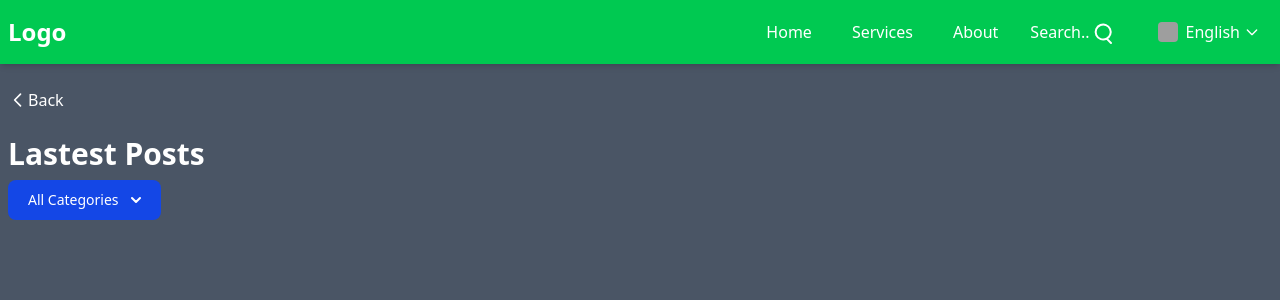
Repository: saroeuntola/we-share
Page: http://localhost/last-post
These files come from the project's save history. The page is drawn as it stood at one moment and after the next save; the edit follows.
The browser window is 1280 px wide. The pictures show the whole page.
Pictures or frames that could not be fetched are drawn as grey boxes. The page is run by PHP 8.4 with error messages shown; the project is at /var/www/html/. Style sheets and scripts are compiled from the project's sources, by tool versions that may differ from the author's. Queries for data that is not in the repository find no rows.

Above is the page before, as saved 2025-08-28 19:49:45.

### last-post.php
<?php
include './admin/lib/db.php';
include './admin/lib/post_lib.php';
include './admin/lib/category_lib.php';
include './admin/lib/subcategory_lib.php';

$postModel = new Post();
$categoryModel = new Category();
$subcategoryModel = new Subcategory();

// --- FILTERS ---
$categorySlug = $_GET['category'] ?? null;
$subcategorySlug = $_GET['subcategory'] ?? null;

$categoryId = null;
$subcategoryId = null;
$subcategories = [];

// Get category
if ($categorySlug) {
    $cat = $categoryModel->getCategory($categorySlug);
    $categoryId = $cat['id'] ?? null;

    if ($categoryId) {
        $subcategories = $subcategoryModel->getSubcategoriesByCategory($categoryId);
    }
}

// Get subcategory
if ($subcategorySlug && $categoryId) {
    $sub = $subcategoryModel->getSubcategory($subcategorySlug);
    $subcategoryId = $sub['id'] ?? null;
}

// --- GET POSTS ---
$allPosts = array_filter($postModel->getPosts(), function ($p) use ($categoryId, $subcategoryId) {
    if ($categoryId && $p['category_id'] != $categoryId) return false;
    if ($subcategoryId && $p['subcategory_id'] != $subcategoryId) return false;
    return true;
});

// Sort descending
usort($allPosts, fn($a, $b) => strtotime($b['created_at']) - strtotime($a['created_at']));
?>
<!DOCTYPE html>
<html lang="en">

<head>
    <meta charset="UTF-8">
    <meta name="viewport" content="width=device-width, initial-scale=1.0">
    <title>Lastest Posts</title>
    <link rel="stylesheet" href="./assets/css/output.css">
    <link rel="stylesheet" href="./assets/css/custom.css">
</head>

<body class="bg-gray-600">
    <header class="fixed z-10 w-full" id="header">
        <?php
        include 'head-bar.php'
        ?>
    </header>
    <main class="max-w-7xl m-auto p-2 mt-[80px]">
        <div class="">
            <a href="index?lang=<?= $lang ?>"
                class="inline-flex justify-end items-center text-white hover:text-green-400 transition mb-6">
                <!-- Arrow Icon -->
                <svg class="w-5 h-5" fill="none" stroke="currentColor" stroke-width="2"
                    viewBox="0 0 24 24" xmlns="http://www.w3.org/2000/svg">
                    <path stroke-linecap="round" stroke-linejoin="round" d="M15 19l-7-7 7-7" />
                </svg>
                <?= $lang === 'en' ? 'Back ' : 'ត្រឡប់ទៅទំព័រដើម' ?>
            </a>
            <h1 class="lg:text-3xl text-2xl font-bold text-white">Lastest Posts</h1>

            <!-- CATEGORY FILTER -->
            <div class="relative inline-block mb-4 mt-2">
                <button id="dropdownButton" type="button"
                    class="text-white bg-blue-700 hover:bg-green-600 focus:outline-none focus:ring-blue-300 font-medium rounded-lg text-sm px-5 py-2.5 text-center inline-flex items-center"
                    onclick="toggleDropdown('categoryDropdown')">
                    <?= $categorySlug
                        ? htmlspecialchars($categoryModel->getCategory($categorySlug)['name'])
                        : 'All Categories' ?>
                    <svg class="w-2.5 h-2.5 ms-3" aria-hidden="true" xmlns="http://www.w3.org/2000/svg" fill="none" viewBox="0 0 10 6">
                        <path stroke="currentColor" stroke-linecap="round" stroke-linejoin="round" stroke-width="2" d="m1 1 4 4 4-4" />
                    </svg>
                </button>

                <!-- Dropdown menu -->
                <div id="categoryDropdown" class="absolute z-10 hidden bg-white divide-y divide-gray-100 rounded-lg shadow w-44 mt-2">
                    <ul class="py-2 text-sm text-gray-700">
                        <li>
                            <a href="<?= $_SERVER['PHP_SELF'] ?>" class="block px-4 py-2 hover:bg-gray-100">
                                All Categories
                            </a>
                        </li>
                        <?php foreach ($categoryModel->getCategories() as $catOption): ?>
                            <li>
                                <a href="?category=<?= htmlspecialchars($catOption['slug']) ?>"
                                    class="block px-4 py-2 hover:bg-gray-100">
                                    <?= htmlspecialchars($catOption['name']) ?>
                                </a>
                            </li>
                        <?php endforeach; ?>
                    </ul>
                </div>
            </div>
        </div>
    </main>
    <!-- SUBCATEGORY FILTER -->
    <?php if (!empty($subcategories)): ?>
        <div class="mb-4 flex flex-wrap gap-2 max-w-7xl m-auto px-2">
            <a href="?category=<?= htmlspecialchars($categorySlug) ?>"
                class="px-3 py-1 rounded <?= !$subcategorySlug ? 'bg-green-700 text-white' : 'bg-gray-300 text-gray-800' ?>">
                All Subcategories
            </a>
            <?php foreach ($subcategories as $sub): ?>
                <a href="?category=<?= htmlspecialchars($categorySlug) ?>&subcategory=<?= htmlspecialchars($sub['slug']) ?>"
                    class="px-3 py-1 rounded <?= ($subcategorySlug === $sub['slug']) ? 'bg-green-700 text-white' : 'bg-gray-300 text-gray-800' ?>">
                    <?= htmlspecialchars($sub['name']) ?>
                </a>
            <?php endforeach; ?>
        </div>
    <?php endif; ?>

    <!-- POSTS GRID -->
    <div class="grid grid-cols-2 md:grid-cols-3 lg:grid-cols-4 gap-2 max-w-7xl m-auto px-2">
        <?php foreach ($allPosts as $p):
            $cat = $categoryModel->getCategory($p['category_id']);
            $sub = $p['subcategory_id'] ? $subcategoryModel->getSubcategory($p['subcategory_id']) : null;
        ?>
            <div class="bg-gray-800 rounded-lg shadow-md overflow-hidden">
                <a href="detail.php?slug=<?= htmlspecialchars($p['slug']) ?>&lang=<?= $lang ?>" class=" cursor-pointer">
                    <?php if (!empty($p['image'])): ?>
                        <img src=" ./admin/posts/uploads/<?= htmlspecialchars($p['image']) ?>"
                            alt="<?= htmlspecialchars($p['name']) ?>" class="w-full h-[120px] md:h-[130px] lg:h-[180px] rounded-none">
                    <?php endif; ?>
                    <div class="p-2 text-white">
                        <h2 class="font-semibold lg:text-lg text-[14px]"><?= htmlspecialchars($p['name']) ?></h2>
                        <p class="text-gray-300 text-sm">
                            <?= htmlspecialchars($cat['name'] ?? '') ?>
                            <?= $sub ? ' / ' . htmlspecialchars($sub['name']) : '' ?>
                        </p>
                    </div>
                </a>

            </div>
        <?php endforeach; ?>
    </div>


    <script>
        function toggleDropdown(id) {
            const dropdown = document.getElementById(id);
            dropdown.classList.toggle('hidden');
        }

        // Optional: close dropdown when clicking outside
        window.addEventListener('click', function(e) {
            const dropdown = document.getElementById('categoryDropdown');
            const button = document.getElementById('dropdownButton');
            if (!dropdown.contains(e.target) && !button.contains(e.target)) {
                dropdown.classList.add('hidden');
            }
        });
    </script>
</body>

</html>

### admin/lib/db.php

<?php

function dbConn()
{
   $servername = "localhost";
    $username = "root";
    $password = "";
    $db = "weshare";

    try {
        $conn = new PDO("mysql:host=$servername;dbname=$db", $username, $password);
        $conn->setAttribute(PDO::ATTR_ERRMODE, PDO::ERRMODE_EXCEPTION);
        return $conn;
    } catch (PDOException $e) {
        die("Connection failed: " . $e->getMessage());
    }
}

function dbClose(&$conn)
{
    $conn = null;
}

function dbSelect($table, $column = "*", $criteria = "", $clause = "")
{
    if (empty($table)) return false;

    $sql = "SELECT $column FROM $table";
    if (!empty($criteria)) $sql .= " WHERE $criteria";
    if (!empty($clause)) $sql .= " $clause";

    $conn = dbConn();
    try {
        $stmt = $conn->query($sql);
        $result = $stmt->fetchAll(PDO::FETCH_ASSOC);
        dbClose($conn);
        return $result;
    } catch (PDOException $e) {
        echo "Error in selecting data: " . $e->getMessage();
        return false;
    }
}

function dbInsert($table, $data = array())
{
    if (empty($table) || empty($data)) return false;

    $conn = dbConn();
    $fields = implode(", ", array_keys($data));
    $placeholders = ":" . implode(", :", array_keys($data));
    $sql = "INSERT INTO $table ($fields) VALUES ($placeholders)";

    try {
        $stmt = $conn->prepare($sql);
        $stmt->execute($data);
        dbClose($conn);
        return true;
    } catch (PDOException $e) {
        echo "Error inserting data: " . $e->getMessage();
        return false;
    }
}

function dbUpdate($table, $data = array(), $criteria = "")
{
    if (empty($table) || empty($data) || empty($criteria)) return false;

    $conn = dbConn();
    $setClause = "";
    foreach ($data as $key => $val) {
        $setClause .= "$key = :$key, ";
    }
    $setClause = rtrim($setClause, ", ");
    $sql = "UPDATE $table SET $setClause WHERE $criteria";

    try {
        $stmt = $conn->prepare($sql);
        $stmt->execute($data);
        dbClose($conn);
        return true;
    } catch (PDOException $e) {
        echo "Error updating data: " . $e->getMessage();
        return false;
    }
}

function dbDelete($table, $criteria)
{
    if (empty($table) || empty($criteria)) return false;

    $sql = "DELETE FROM $table WHERE $criteria";
    $conn = dbConn();

    try {
        $stmt = $conn->prepare($sql);
        $stmt->execute();
        dbClose($conn);
        return true;
    } catch (PDOException $e) {
        echo "Error deleting data: " . $e->getMessage();
        return false;
    }
}

function dbCount($table = "", $criteria = "")
{
    if (empty($table)) return false;

    $sql = "SELECT COUNT(*) as count FROM $table";
    if (!empty($criteria)) $sql .= " WHERE $criteria";

    $conn = dbConn();
    try {
        $stmt = $conn->query($sql);
        $result = $stmt->fetch(PDO::FETCH_ASSOC);
        dbClose($conn);
        return $result['count'];
    } catch (PDOException $e) {
        echo "Error counting data: " . $e->getMessage();
        return false;
    }
}

?>

### admin/lib/category_lib.php
<?php
class Category
{
    private $db;
    private $lang;

    public function __construct($lang = 'en')
    {
        $this->db = dbConn();
        $this->lang = in_array($lang, ['en', 'kh']) ? $lang : 'en';
    }

    private function generateSlug($string)
    {
        $slug = strtolower(trim($string));
        $slug = preg_replace('/[^a-z0-9\- ]/', '', $slug);
        $slug = preg_replace('/\s+/', '-', $slug);
        $slug = preg_replace('/-+/', '-', $slug);

        $baseSlug = $slug;
        $i = 1;
        while ($this->slugExists($slug)) {
            $slug = $baseSlug . '-' . $i;
            $i++;
        }
        return $slug;
    }

    private function slugExists($slug)
    {
        $stmt = $this->db->prepare("SELECT COUNT(*) FROM categories WHERE slug = :slug");
        $stmt->execute(['slug' => $slug]);
        return $stmt->fetchColumn() > 0;
    }

    public function createCategory($name_en, $name_kh = null)
    {
        $slug = $this->generateSlug($name_en);
        $stmt = $this->db->prepare("INSERT INTO categories (name, name_kh, slug) VALUES (:name, :name_kh, :slug)");
        return $stmt->execute([
            'name' => $name_en,
            'name_kh' => $name_kh,
            'slug' => $slug
        ]);
    }

    // GET all categories
    public function getCategories()
    {
        $sql = "SELECT *,
                CASE WHEN :lang = 'kh' THEN name_kh ELSE name END AS name
                FROM categories
                ORDER BY name ASC";
        $stmt = $this->db->prepare($sql);
        $stmt->bindValue(':lang', $this->lang, PDO::PARAM_STR);
        $stmt->execute();
        return $stmt->fetchAll(PDO::FETCH_ASSOC);
    }

    // GET category by ID or slug
    public function getCategory($identifier)
    {
        if (is_numeric($identifier)) {
            $sql = "SELECT *,
                    CASE WHEN :lang = 'kh' THEN name_kh ELSE name END AS name
                    FROM categories
                    WHERE id = :id
                    LIMIT 1";
            $stmt = $this->db->prepare($sql);
            $stmt->bindValue(':id', $identifier, PDO::PARAM_INT);
        } else {
            $sql = "SELECT *,
                    CASE WHEN :lang = 'kh' THEN name_kh ELSE name END AS name
                    FROM categories
                    WHERE slug = :slug
                    LIMIT 1";
            $stmt = $this->db->prepare($sql);
            $stmt->bindValue(':slug', $identifier, PDO::PARAM_STR);
        }
        $stmt->bindValue(':lang', $this->lang, PDO::PARAM_STR);
        $stmt->execute();
        return $stmt->fetch(PDO::FETCH_ASSOC);
    }

    public function updateCategory($id, $newName_en, $newName_kh = null)
    {
        $slug = $this->generateSlug($newName_en);
        $stmt = $this->db->prepare("
            UPDATE categories SET
                name = :name_en,
                name_kh = :name_kh,
                slug = :slug

            WHERE id = :id
        ");
        return $stmt->execute([
            'name_en' => $newName_en,
            'name_kh' => $newName_kh,
            'slug' => $slug,
            'id' => $id
        ]);
    }

    public function deleteCategory($id)
    {
        $stmt = $this->db->prepare("DELETE FROM categories WHERE id = :id");
        return $stmt->execute(['id' => $id]);
    }

    public function deleteCatBySlug($slug)
    {
        $stmt = $this->db->prepare("DELETE FROM categories WHERE slug = :slug");
        return $stmt->execute(['slug' => $slug]);
    }
}

### admin/lib/subcategory_lib.php
<?php
class Subcategory
{
    private $db;
    private $lang;

    public function __construct($lang = 'en')
    {
        $this->db = dbConn();
        $this->lang = in_array($lang, ['en', 'kh']) ? $lang : 'en';
    }

    // GET all subcategories
    public function getAllSubcategory($lang = 'en')
    {
        $lang = in_array($lang, ['en', 'kh']) ? $lang : 'en';

        $sql = "SELECT s.*,
                   CASE WHEN :lang = 'kh' THEN s.name_kh ELSE s.name END AS name,
                   c.name AS category_name
            FROM subcategories s
            INNER JOIN categories c ON s.category_id = c.id";

        $stmt = $this->db->prepare($sql);
        $stmt->bindValue(':lang', $lang, PDO::PARAM_STR);
        $stmt->execute();

        return $stmt->fetchAll(PDO::FETCH_ASSOC);
    }


    private function generateSlug($string)
    {
        $slug = strtolower(trim($string));
        $slug = preg_replace('/[^a-z0-9\- ]/', '', $slug);
        $slug = preg_replace('/\s+/', '-', $slug);
        $slug = preg_replace('/-+/', '-', $slug);

        $baseSlug = $slug;
        $i = 1;
        while ($this->slugExists($slug)) {
            $slug = $baseSlug . '-' . $i;
            $i++;
        }
        return $slug;
    }

    private function slugExists($slug)
    {
        $stmt = $this->db->prepare("SELECT COUNT(*) FROM subcategories WHERE slug = :slug");
        $stmt->execute(['slug' => $slug]);
        return $stmt->fetchColumn() > 0;
    }

    // CREATE subcategory
    public function createSubcategory($category_id, $name_en, $name_kh = null, $added_by = null)
    {
        $slug = $this->generateSlug($name_en);
        $stmt = $this->db->prepare("
            INSERT INTO subcategories (category_id, name, name_kh, slug, added_by)
            VALUES (:category_id, :name_en, :name_kh, :slug, :added_by)
        ");
        return $stmt->execute([
            'category_id' => $category_id,
            'name_en' => $name_en,
            'name_kh' => $name_kh,
            'slug' => $slug,
            'added_by' => $added_by
        ]);
    }

    // GET subcategories by category ID
    public function getSubcategoriesByCategory($category_id)
    {
        $sql = "SELECT *,
                CASE WHEN :lang = 'kh' THEN name_kh ELSE name END AS name
                FROM subcategories
                WHERE category_id = :category_id
                ORDER BY name ASC";
        $stmt = $this->db->prepare($sql);
        $stmt->bindValue(':category_id', $category_id, PDO::PARAM_INT);
        $stmt->bindValue(':lang', $this->lang, PDO::PARAM_STR);
        $stmt->execute();
        return $stmt->fetchAll(PDO::FETCH_ASSOC);
    }

    // GET subcategories by category slug
    public function getSubcategoriesByCategorySlug($category_slug)
    {
        $sql = "SELECT s.*,
                CASE WHEN :lang = 'kh' THEN s.name_kh ELSE s.name END AS name
                FROM subcategories s
                INNER JOIN categories c ON s.category_id = c.id
                WHERE c.slug = :slug
                ORDER BY s.name ASC";
        $stmt = $this->db->prepare($sql);
        $stmt->bindValue(':slug', $category_slug, PDO::PARAM_STR);
        $stmt->bindValue(':lang', $this->lang, PDO::PARAM_STR);
        $stmt->execute();
        return $stmt->fetchAll(PDO::FETCH_ASSOC);
    }

    // GET single subcategory by ID or slug
    public function getSubcategory($identifier)
    {
        if (is_numeric($identifier)) {
            $sql = "SELECT *,
                    CASE WHEN :lang = 'kh' THEN name_kh ELSE name END AS name
                    FROM subcategories
                    WHERE id = :id
                    LIMIT 1";
            $stmt = $this->db->prepare($sql);
            $stmt->bindValue(':id', $identifier, PDO::PARAM_INT);
        } else {
            $sql = "SELECT *,
                    CASE WHEN :lang = 'kh' THEN name_kh ELSE name END AS name
                    FROM subcategories
                    WHERE slug = :slug
                    LIMIT 1";
            $stmt = $this->db->prepare($sql);
            $stmt->bindValue(':slug', $identifier, PDO::PARAM_STR);
        }

        $stmt->bindValue(':lang', $this->lang, PDO::PARAM_STR);
        $stmt->execute();
        return $stmt->fetch(PDO::FETCH_ASSOC);
    }

    // UPDATE subcategory
    public function updateSubcategory($identifier, $newName_en = null, $newName_kh = null, $newCategoryId = null, $newAdded_by = null)
    {
        $sub = $this->getSubcategory($identifier);
        if (!$sub) return false;

        $slug = $newName_en ? $this->generateSlug($newName_en) : $sub['slug'];

        $sql = "UPDATE subcategories SET name = :name_en, name_kh = :name_kh, slug = :slug";
        $params = [
            'name_en' => $newName_en ?? $sub['name'],
            'name_kh' => $newName_kh ?? $sub['name_kh'],
            'slug' => $slug,
            'id' => $sub['id']
        ];

        if ($newCategoryId !== null) {
            $sql .= ", category_id = :category_id";
            $params['category_id'] = $newCategoryId;
        }

        if ($newAdded_by !== null) {
            $sql .= ", added_by = :added_by";
            $params['added_by'] = $newAdded_by;
        }

        $sql .= " WHERE id = :id";
        $stmt = $this->db->prepare($sql);
        return $stmt->execute($params);
    }

    // DELETE subcategory
    public function deleteSubcategory($identifier)
    {
        $sub = $this->getSubcategory($identifier);
        if (!$sub) return false;

        $stmt = $this->db->prepare("DELETE FROM subcategories WHERE id = :id");
        return $stmt->execute(['id' => $sub['id']]);
    }
}

### assets/css/custom.css
#header {
  top: 0;
}

.khmer-font-nav{
    font-family: "Moul", serif;
    font-weight: 400;
    font-style: normal;
    font-size: 14px;
}

    .khmer-font {
        font-family: "Battambang", system-ui;
        font-weight: 100;
        font-style: normal;
        font-size: 14px;
    }
    .khmer-font-kulen{
       font-family: "Koulen", sans-serif;
  font-weight: 400;
  font-style: normal;
  font-size: 17px;
    }

Loaded but not shown: assets/css/input.css (common file); head-bar.php (327 lines, source omitted); admin/lib/post_lib.php (349 lines, source omitted)

After the next save:
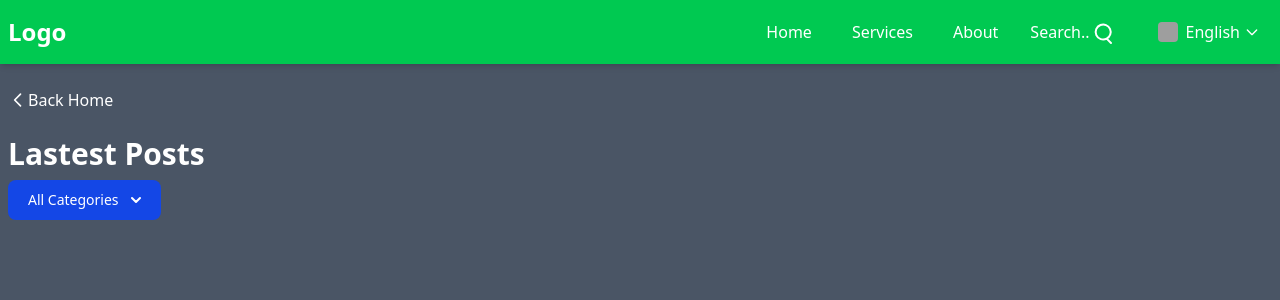
Saved 4 s later.
--- a/last-post.php
+++ b/last-post.php
@@ -68,7 +68,7 @@ usort($allPosts, fn($a, $b) => strtotime($b['created_at']) - strtotime($a['creat
                     viewBox="0 0 24 24" xmlns="http://www.w3.org/2000/svg">
                     <path stroke-linecap="round" stroke-linejoin="round" d="M15 19l-7-7 7-7" />
                 </svg>
-                <?= $lang === 'en' ? 'Back ' : 'ត្រឡប់ទៅទំព័រដើម' ?>
+                <?= $lang === 'en' ? 'Back Home' : 'ត្រឡប់ទៅទំព័រដើម' ?>
             </a>
             <h1 class="lg:text-3xl text-2xl font-bold text-white">Lastest Posts</h1>
 
